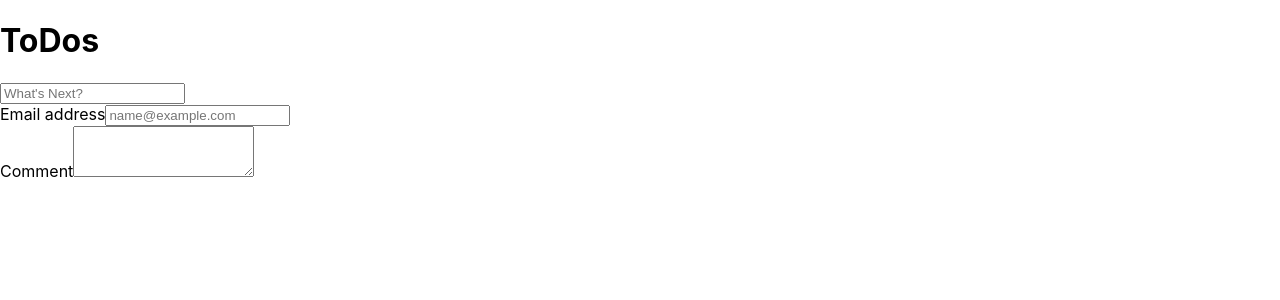
Repository: shuroo/FECourse-final-ex-todos
Page: /
These files come from the project's save history. The page is drawn as it stood at one moment and after the next save; the edit follows.
The browser window is 1280 px wide. The pictures show the whole page.
The project was rebuilt for these pictures with package versions that can differ from the ones it lists, and the page was loaded fresh each time. Also part of the build but not shown: src/App.css, src/components/TaskComponent.jsx, src/components/TasksView.jsx.

Above is the page before, as saved 2021-08-02 23:24:19.

After the next save:
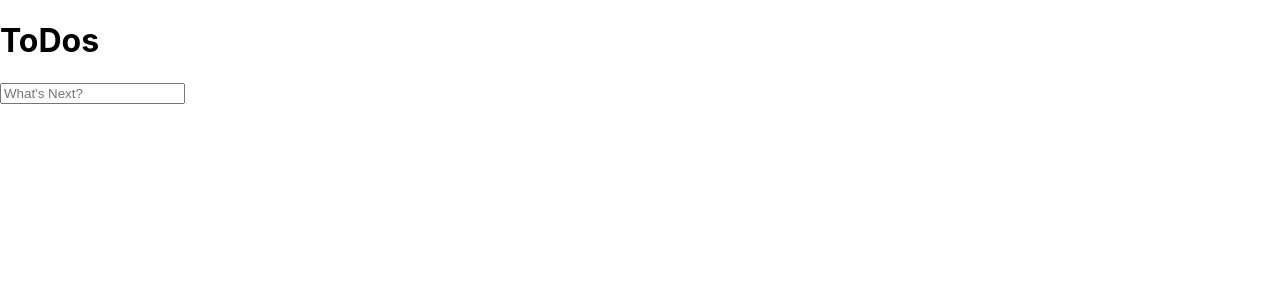
Saved 19 s later.
--- a/src/components/FormComponent.jsx
+++ b/src/components/FormComponent.jsx
@@ -17,14 +17,6 @@ class FormComponent extends Component {
         <Form.Group controlId="form.Name">
             <Form.Control type="text" placeholder="What's Next?" />
         </Form.Group>
-        <Form.Group controlId="form.Email">
-            <Form.Label>Email address</Form.Label>
-            <Form.Control type="email" placeholder="name@example.com" />
-        </Form.Group>
-        <Form.Group controlId="form.Textarea">
-            <Form.Label>Comment</Form.Label>
-            <Form.Control as="textarea" rows={3} />
-        </Form.Group>
       </Form>
     </Container>
     );
